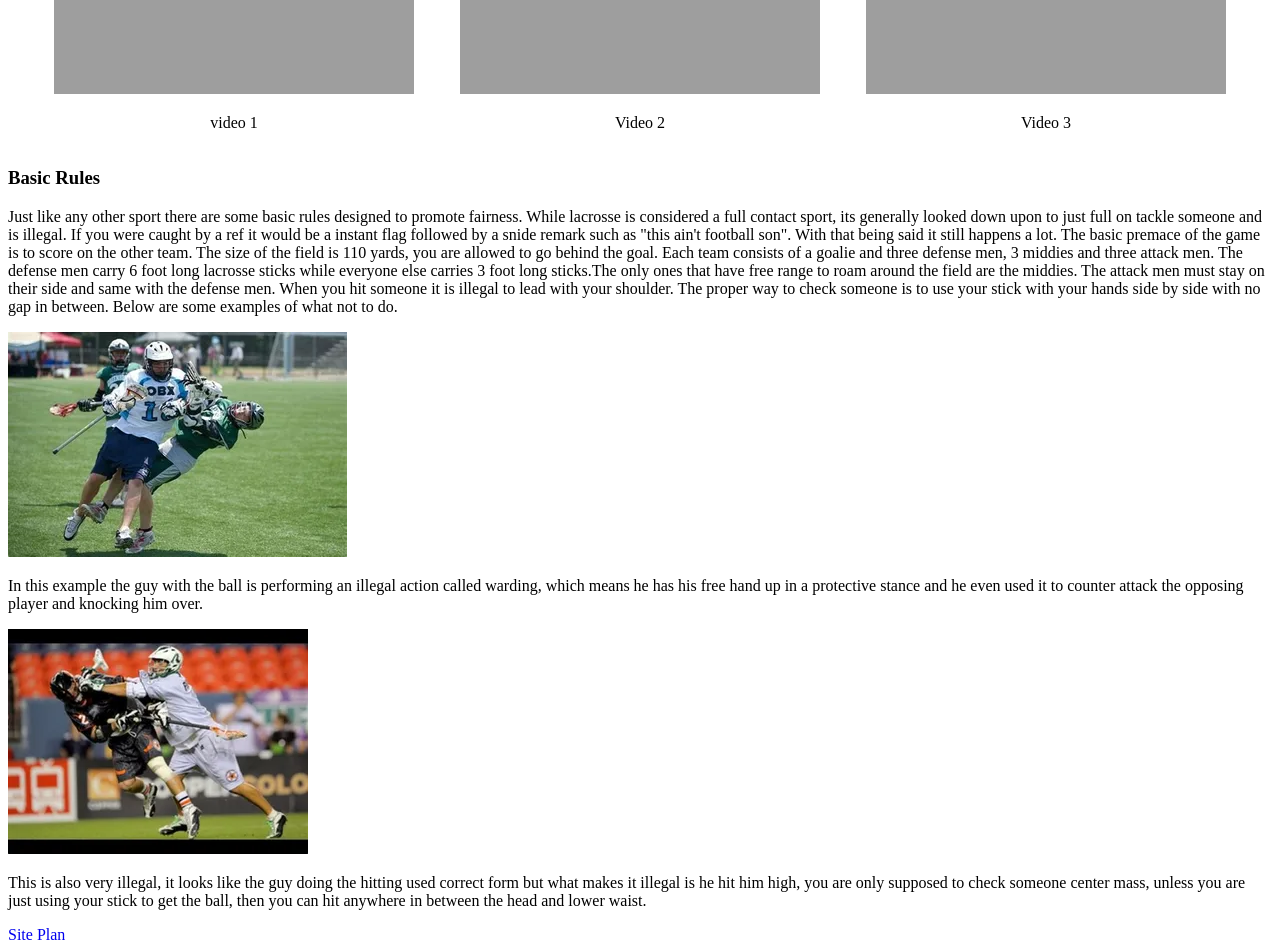
Repository: nak97/personal-site
Page: lacrosse.html
These files come from the project's save history. The page is drawn as it stood at one moment and after the next save; the edit follows.
The browser window is 1280 px wide. The pictures show the part of the page from y = 446 to 1398 px (the page is 1398 px tall before and 1119 px after).
Pictures or frames that could not be fetched are drawn as grey boxes.

Above is the page before, as saved 2023-03-17 09:01:05.

After the next save:
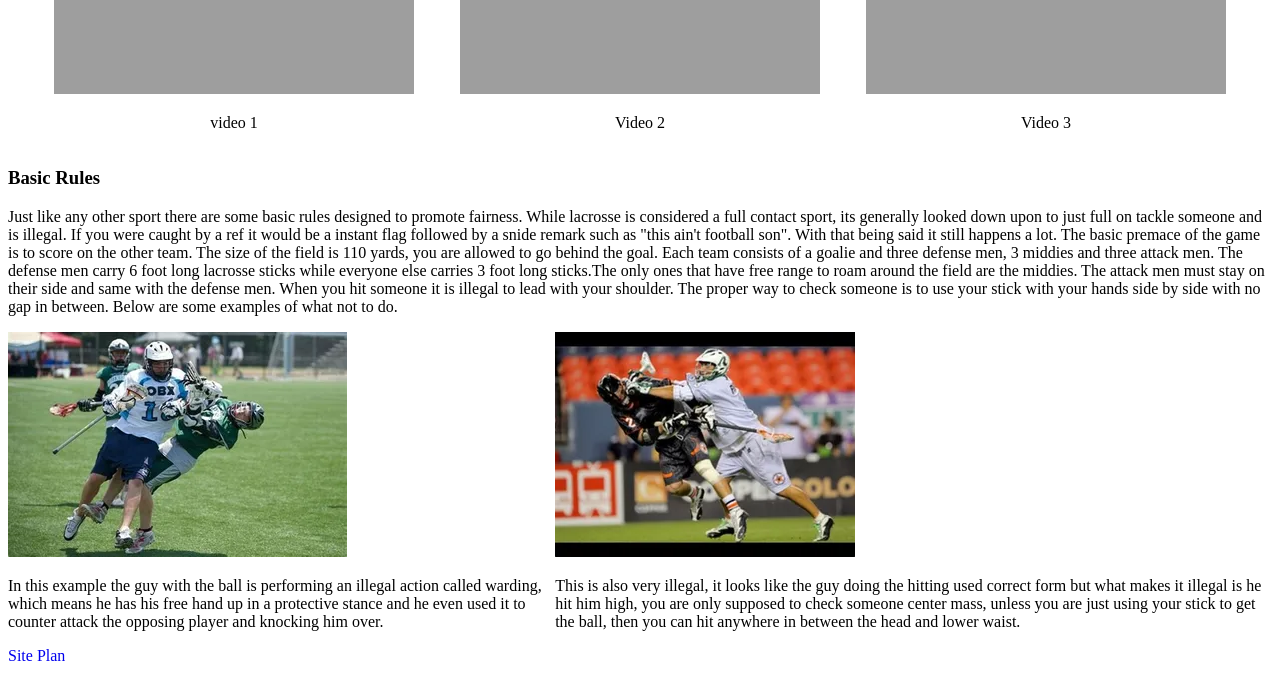
Saved 57 s later.
--- a/personal-site.css
+++ b/personal-site.css
@@ -14,5 +14,9 @@ nav{
   display: flex;
   justify-content: space-evenly;
   text-align: center;
+}
 
+.images {
+  display: flex;
+  justify-content: space-between;
 }
